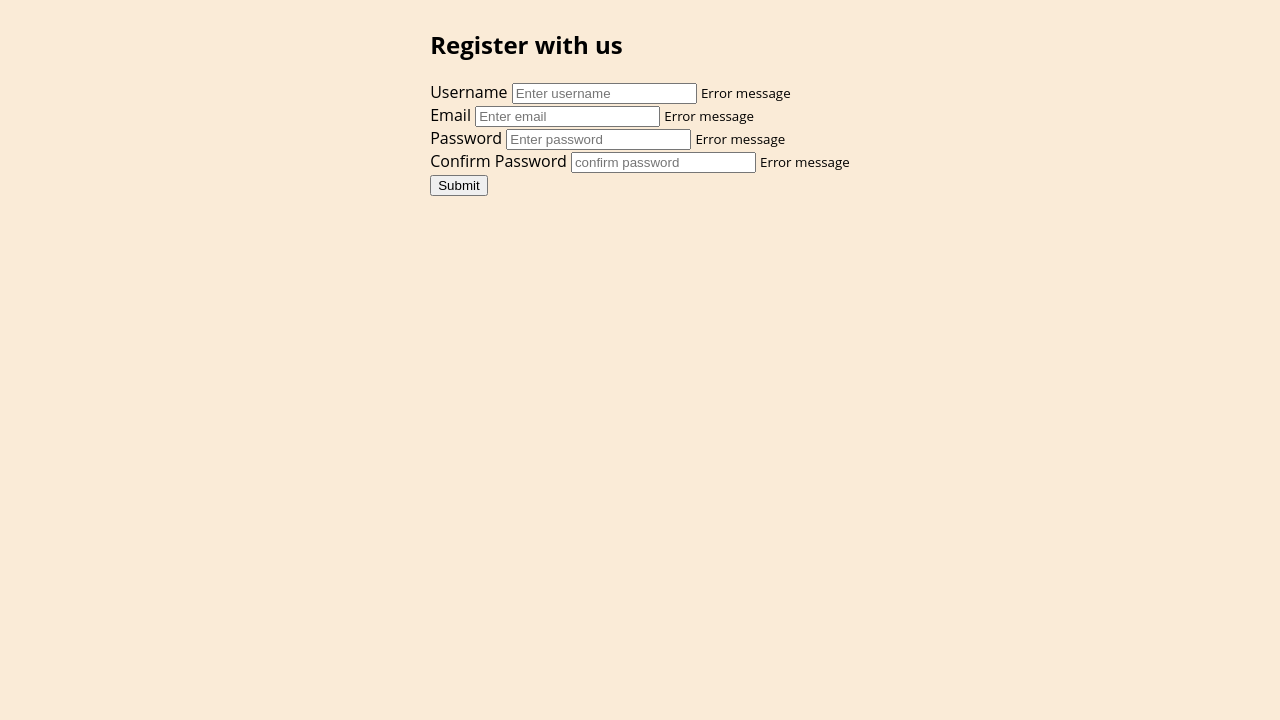
Repository: Azariagmt/Vanilla-javascript
Page: Form-Validator/index.html
These files come from the project's save history. The page is drawn as it stood at one moment and after a run of saves; the edit follows.
The browser window is 1280 px wide. The pictures show the whole page.

Above is the page before, as saved 2020-04-18 21:36:07.

### Form-Validator/index.html
<!DOCTYPE html>
<!--[if lt IE 7]>      <html class="no-js lt-ie9 lt-ie8 lt-ie7"> <![endif]-->
<!--[if IE 7]>         <html class="no-js lt-ie9 lt-ie8"> <![endif]-->
<!--[if IE 8]>         <html class="no-js lt-ie9"> <![endif]-->
<!--[if gt IE 8]><!--> <html class="no-js"> <!--<![endif]-->
    <head>
        <meta charset="utf-8">
        <meta http-equiv="X-UA-Compatible" content="IE=edge">
        <title>Form Validator</title>
        <meta name="description" content="">
        <meta name="viewport" content="width=device-width, initial-scale=1">
        <link rel="stylesheet" href="style.css">
    </head>
    <body>
        <!--[if lt IE 7]>
            <p class="browsehappy">You are using an <strong>outdated</strong> browser. Please <a href="#">upgrade your browser</a> to improve your experience.</p>
        <![endif]-->

        <div class="container">
            <form action="" id="form" class="form">
                <h2> Register with us   </h2>
                <div class="form-control">
                    <label for="username">Username</label>
                    <input type="text" id="username" placeholder="Enter username">
                    <small> Error message</small>
                </div>
                <div class="form-control">
                    <label for="email">Email</label>
                    <input type="text" id="email" placeholder="Enter email">
                    <small> Error message</small>
                </div>
                <div class="form-control">
                    <label for="password">Password</label>
                    <input type="password" id="password" placeholder="Enter password">
                    <small> Error message</small>
                </div>
                <div class="form-control">
                    <label for="confirm">Confirm Password</label>
                    <input type="password" id="confirm" placeholder="confirm password">
                    <small> Error message</small>
                </div>
                <button>Submit</button>
            </form>
        </div>
        <script src="script.js" async defer></script>
    </body>
</html>

### Form-Validator/style.css

*{
    box-sizing: border-box;
}

body{
    background-color: antiquewhite;
    font-family: 'Open Sans', sans-serif;
    display: flex;
    align-items: center;
    justify-content: center;
    min
}

Loaded but not shown: Form-Validator/script.js (no copy from this time; the picture is the same without it)

After the next 2 saves:
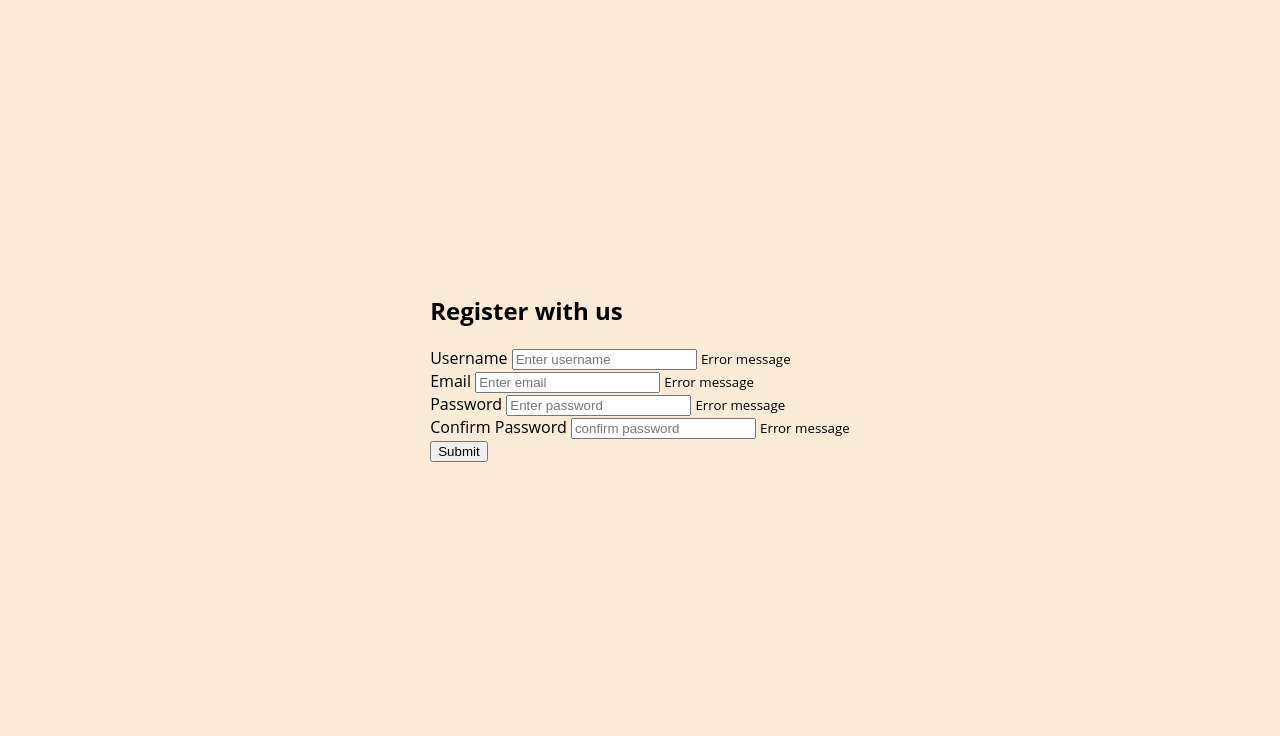
The 2 saves are shown as one change because they came seconds apart.
The last was saved 5 s later.
--- a/Form-Validator/style.css
+++ b/Form-Validator/style.css
@@ -9,5 +9,5 @@ body{
     display: flex;
     align-items: center;
     justify-content: center;
-    min
+    min-height: 100vh;
 }
